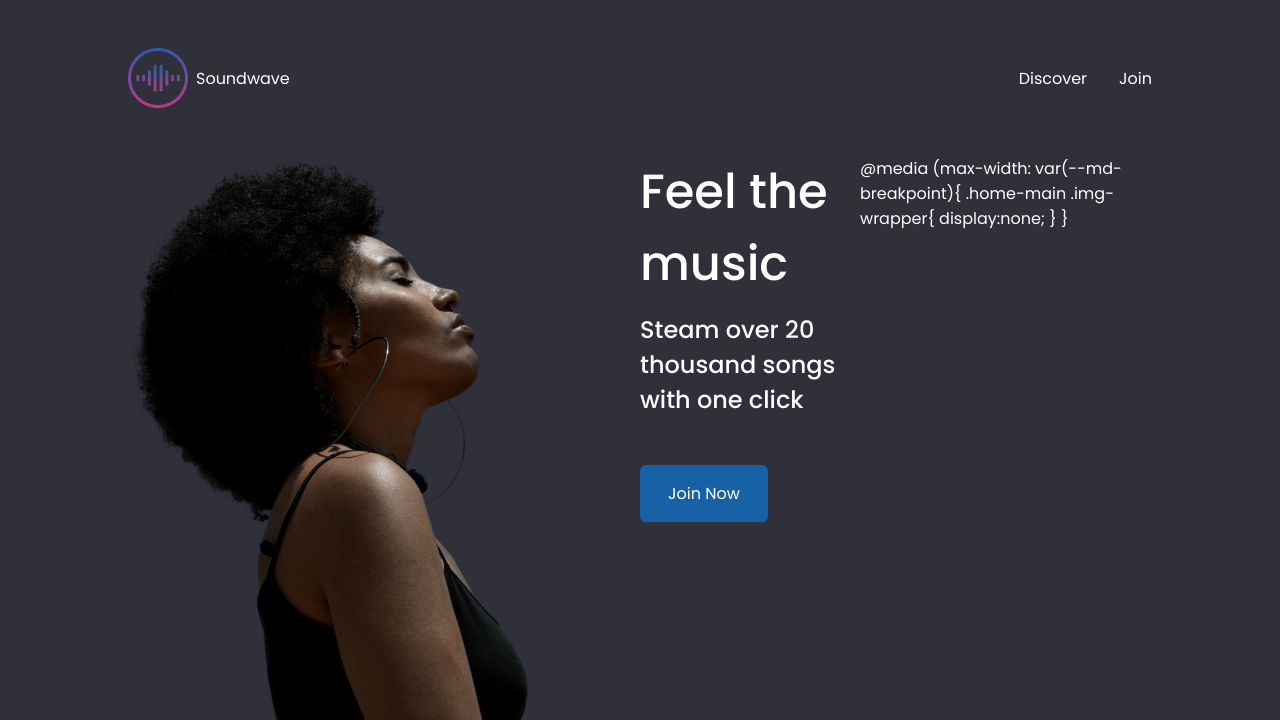
Repository: Hiiiij/soundwave
Page: pages/index.html
The author's editor kept a copy of each file at every save. The page is drawn from the files as they stood at one save, then again after the next save.
The browser window is 1280 px wide. The pictures show the whole page.

Above is the page before, as saved 2020-06-30 13:35:48.

After the next save:
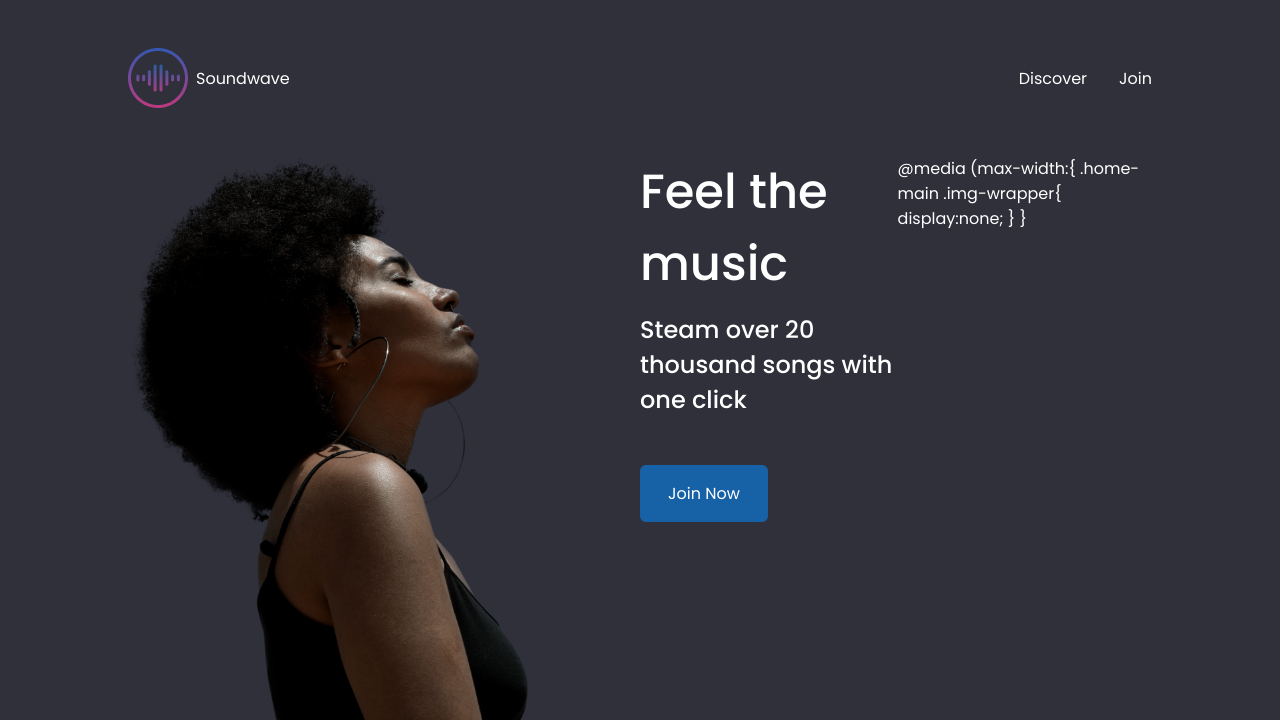
Saved 14 s later.
--- a/pages/index.html
+++ b/pages/index.html
@@ -37,7 +37,7 @@
         <a href="/pages/join.html" class="button-primary">Join Now</a>
       </div>
 
-    @media (max-width: var(--md-breakpoint){
+    @media (max-width:{
       .home-main .img-wrapper{
         display:none;
       }
